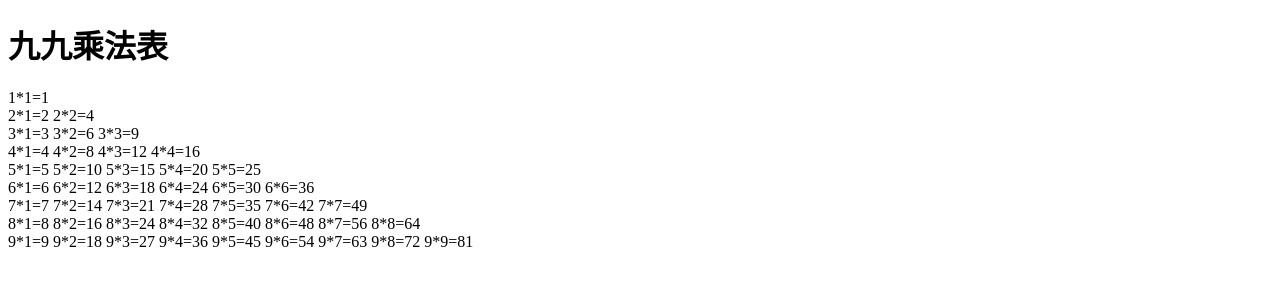
Repository: Zendq1998/jdbc
Page: http://localhost/webroot/exercise.jsp
The author's editor kept a copy of each file at every save. The page is drawn from the files as they stood at one save, then again after the next save.
The browser window is 1280 px wide. The pictures show the whole page.
The page is served by Tomcat 9. Nobody is signed in. The application's start-up code is not run.

Above is the page before, as saved 2018-04-19 10:45:44.

After the next save:
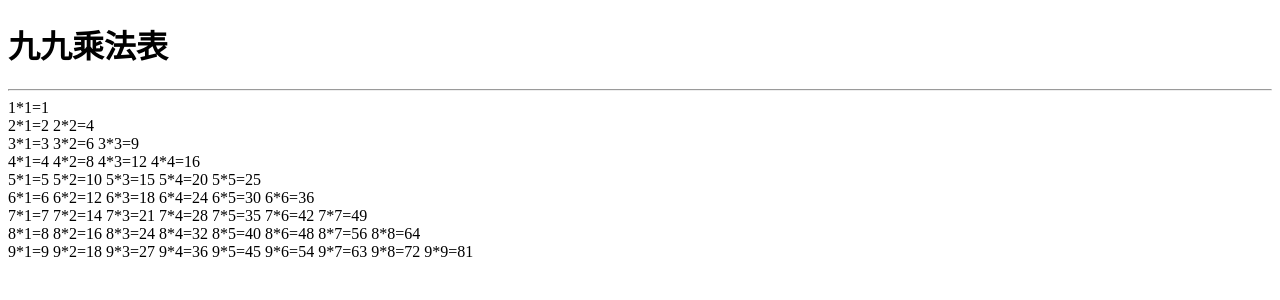
Saved 78 s later.
--- a/webroot/WebContent/exercise.jsp
+++ b/webroot/WebContent/exercise.jsp
@@ -20,8 +20,7 @@
 		}
 	%>
 	<h1>九九乘法表</h1>
-	<%
-		out.print(printMutiTable());
-	%>
+	<hr>
+	<%=printMutiTable() %>
 </body>
 </html>
